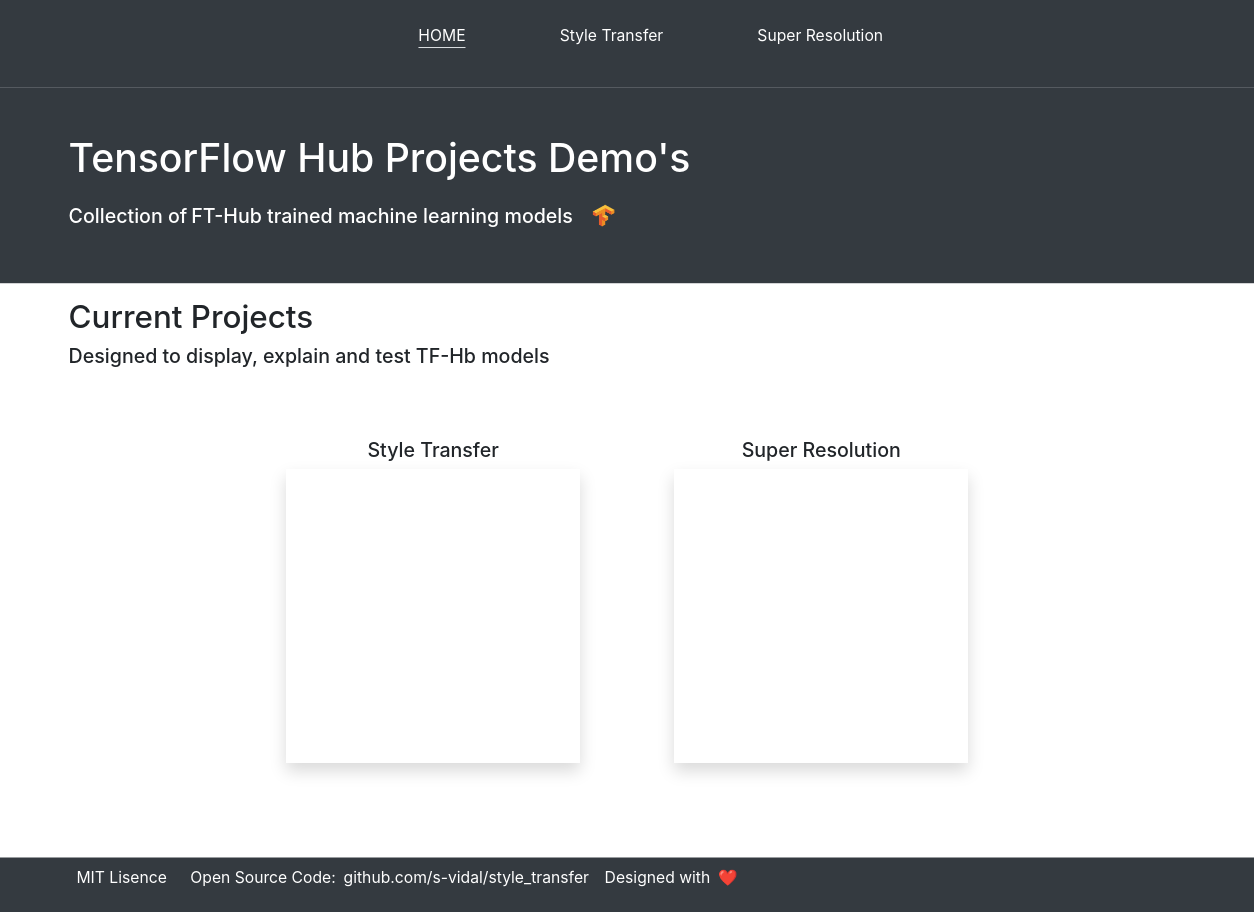
Repository: s-vidal/style_transfer
Page: / (app in client/)
An editor plug-in stored every save of this project. The page is shown before and after a run of saves, followed by the edit.
The browser window is 1280 px wide. The pictures show the whole page, at 98% of full size.
The page's requests for data from a server got no answer. The project was rebuilt for these pictures with package versions that can differ from the ones it lists, and the page was loaded fresh each time. A package was used in the major version that the imports need, not the one package.json lists. No one was signed in, and anything a server would have sent is missing. Also part of the build but not shown: client/src/App.css, client/src/components/DropZone.jsx, client/src/lib/api.js, client/src/components/Inference.jsx, client/src/components/Header.jsx, client/src/pages/StyleTransfer.jsx, client/src/pages/SuperResolution.jsx.

Above is the page before, as saved 2020-09-30 16:31:02.

### client/public/index.html
<!DOCTYPE html>
<html lang="en">
  <head>
    <meta charset="utf-8" />
    <link rel="icon" href="%PUBLIC_URL%/favicon.ico" />
    <meta name="viewport" content="width=device-width, initial-scale=1" />
    <meta name="theme-color" content="#000000" />
    <meta
      name="description"
      content="Web site created using create-react-app"
    />
    <link rel="apple-touch-icon" href="%PUBLIC_URL%/logo192.png" />
    <!--
      manifest.json provides metadata used when your web app is installed on a
      user's mobile device or desktop. See https://developers.google.com/web/fundamentals/web-app-manifest/
    -->
    <link rel="manifest" href="%PUBLIC_URL%/manifest.json" />
    <!--
      Notice the use of %PUBLIC_URL% in the tags above.
      It will be replaced with the URL of the `public` folder during the build.
      Only files inside the `public` folder can be referenced from the HTML.

      Unlike "/favicon.ico" or "favicon.ico", "%PUBLIC_URL%/favicon.ico" will
      work correctly both with client-side routing and a non-root public URL.
      Learn how to configure a non-root public URL by running `npm run build`.
    -->
    <!-- CSS only -->
    <link
      rel="stylesheet"
      href="https://stackpath.bootstrapcdn.com/bootstrap/4.5.2/css/bootstrap.min.css"
      integrity="sha384-JcKb8q3iqJ61gNV9KGb8thSsNjpSL0n8PARn9HuZOnIxN0hoP+VmmDGMN5t9UJ0Z"
      crossorigin="anonymous"
    />
    <title>React App</title>
  </head>
  <body>
    <noscript>You need to enable JavaScript to run this app.</noscript>
    <div id="root"></div>
    <!--
      This HTML file is a template.
      If you open it directly in the browser, you will see an empty page.

      You can add webfonts, meta tags, or analytics to this file.
      The build step will place the bundled scripts into the <body> tag.

      To begin the development, run `npm start` or `yarn start`.
      To create a production bundle, use `npm run build` or `yarn build`.
    -->
    <!-- JS, Popper.js, and jQuery -->
    <script
      src="https://code.jquery.com/jquery-3.5.1.slim.min.js"
      integrity="sha384-DfXdz2htPH0lsSSs5nCTpuj/zy4C+OGpamoFVy38MVBnE+IbbVYUew+OrCXaRkfj"
      crossorigin="anonymous"
    ></script>
    <script
      src="https://cdn.jsdelivr.net/npm/popper.js@1.16.1/dist/umd/popper.min.js"
      integrity="sha384-9/reFTGAW83EW2RDu2S0VKaIzap3H66lZH81PoYlFhbGU+6BZp6G7niu735Sk7lN"
      crossorigin="anonymous"
    ></script>
    <script
      src="https://stackpath.bootstrapcdn.com/bootstrap/4.5.2/js/bootstrap.min.js"
      integrity="sha384-B4gt1jrGC7Jh4AgTPSdUtOBvfO8shuf57BaghqFfPlYxofvL8/KUEfYiJOMMV+rV"
      crossorigin="anonymous"
    ></script>
  </body>
</html>

### client/src/App.js
import React from "react";
import {BrowserRouter as Router, Switch, Route} from "react-router-dom";
import "./App.css";
import StyleTransfer from "./pages/StyleTransfer";
import SuperResolution from "./pages/SuperResolution";
import Footer from "./components/Footer";
import NavBar from "./components/NavBar";
import HomePage from "./pages/HomePage";

function App() {
  return (
    <div>
      <Router>
        <NavBar />
        <Switch>
          <Route path="/super-resolution">
            <SuperResolution />
          </Route>
          <Route path="/style-transfer">
            <StyleTransfer />
          </Route>
          <Route path="/">
            <HomePage />
          </Route>
        </Switch>
        <Footer />
      </Router>
    </div>
  );
}

export default App;

### client/src/components/Footer.jsx
import React from "react";

const Footer = () => {
  return (
    <div className="text-white bg-dark">
      <div className="container mt-5">
        <div className="row p-2 mt-4">
          <p className="mr-4">MIT Lisence</p>
          <p>Open Source Code:</p>
          <a
            className="ml-2 text-white"
            href="https://github.com/s-vidal/style_transfer"
          >
            <span>github.com/s-vidal/style_transfer</span>
          </a>
          <p className="ml-3 mr-1"> Designed with </p>
          <span role="img" aria-label="emoji" className="ml-1">
            ❤️
          </span>
        </div>
      </div>
    </div>
  );
};

export default Footer;

### client/src/components/NavBar.jsx
import React, {useState, useEffect} from "react";
import {Link, useLocation} from "react-router-dom";
import "./NavBar.css";

const NavBar = () => {
  const [currentPage, setCurrentPage] = useState("");
  const location = useLocation();

  useEffect(() => {
    const currentPath = location.pathname;
    setCurrentPage(currentPath.substring(1));
  }, [location]);

  return (
    <nav className="navbar navbar-expand-lg d-flex justify-content-center bg-dark pt-3 pb-3">
      <ul className="navbar-nav">
        <li className="nav-item">
          <Link className="nav-link pl-5 pr-5" to={"/"}>
            <div className="ml-5 ">
              <p
                className={
                  currentPage === ""
                    ? "text-white nav-text active border-bottom"
                    : "text-white nav-text"
                }
              >
                HOME
              </p>
            </div>
          </Link>
        </li>
        <li className="nav-item">
          <Link
            className="nav-link pl-5 pr-5 text-white"
            to={"/style-transfer"}
          >
            <p
              className={
                currentPage === "style-transfer"
                  ? "text-white nav-text active border-bottom"
                  : "text-white nav-text"
              }
            >
              Style Transfer
            </p>
          </Link>
        </li>
        <li className="nav-item active">
          <Link
            className="nav-link pl-5 pr-5 text-white"
            to={"/super-resolution"}
          >
            <p
              className={
                currentPage === "super-resolution"
                  ? "text-white nav-text active border-bottom"
                  : "text-white nav-text"
              }
            >
              Super Resolution
            </p>
          </Link>
        </li>
      </ul>
    </nav>
  );
};

export default NavBar;

### client/src/pages/HomePage.jsx
import React from "react";
import "../components/HomePage.css";

const HomePage = () => {
  return (
    <>
      <div className="bg-dark text-white p-4 pt-5 pb-5">
        <div className="container">
          <div className="row">
            <h1>TensorFlow Hub Projects Demo's</h1>
          </div>
          <div className="row mt-3">
            <h5>Collection of</h5>
            <a
              href="https://tfhub.dev/google/magenta/arbitrary-image-stylization-v1-256/2"
              className="pl-1 pr-1 text-white"
            >
              <h5>FT-Hub trained machine learning models</h5>
            </a>
            <img
              className="ml-3"
              src={require("../img/tf_logo.png")}
              alt="tf"
              width="22"
              height="22"
            ></img>
          </div>
        </div>
      </div>
      <div className="container p-0 pt-2">
        <div>
          <h2 className="mt-2">Current Projects</h2>
          <h5 className="mb-4">
            Designed to display, explain and test TF-Hb models
          </h5>
        </div>
        <div className="row d-flex justify-content-center">
          <div className="m-5">
            <h5 className="text-center">Style Transfer</h5>
            <div className="home-item shadow"></div>
          </div>
          <div className="m-5">
            <h5 className="text-center"> Super Resolution</h5>
            <div className="home-item shadow"></div>
          </div>
        </div>
      </div>
    </>
  );
};

export default HomePage;

### client/src/components/NavBar.css
.nav-text:hover {
  border-bottom: 1px solid white;
  transition-duration: 0.5s ease-in-out;
}

### client/src/components/HomePage.css
.home-item {
  min-width: 300px;
  min-height: 300px;
}
.home-item:hover {
  cursor: pointer;
  transform: translate(3px, 3px);
  transition-duration: 0.5s ease-in-out;
}

Loaded but not shown: client/src/index.js (common file); client/src/index.css (common file); client/src/serviceWorker.js (common file)

After the next 3 saves:
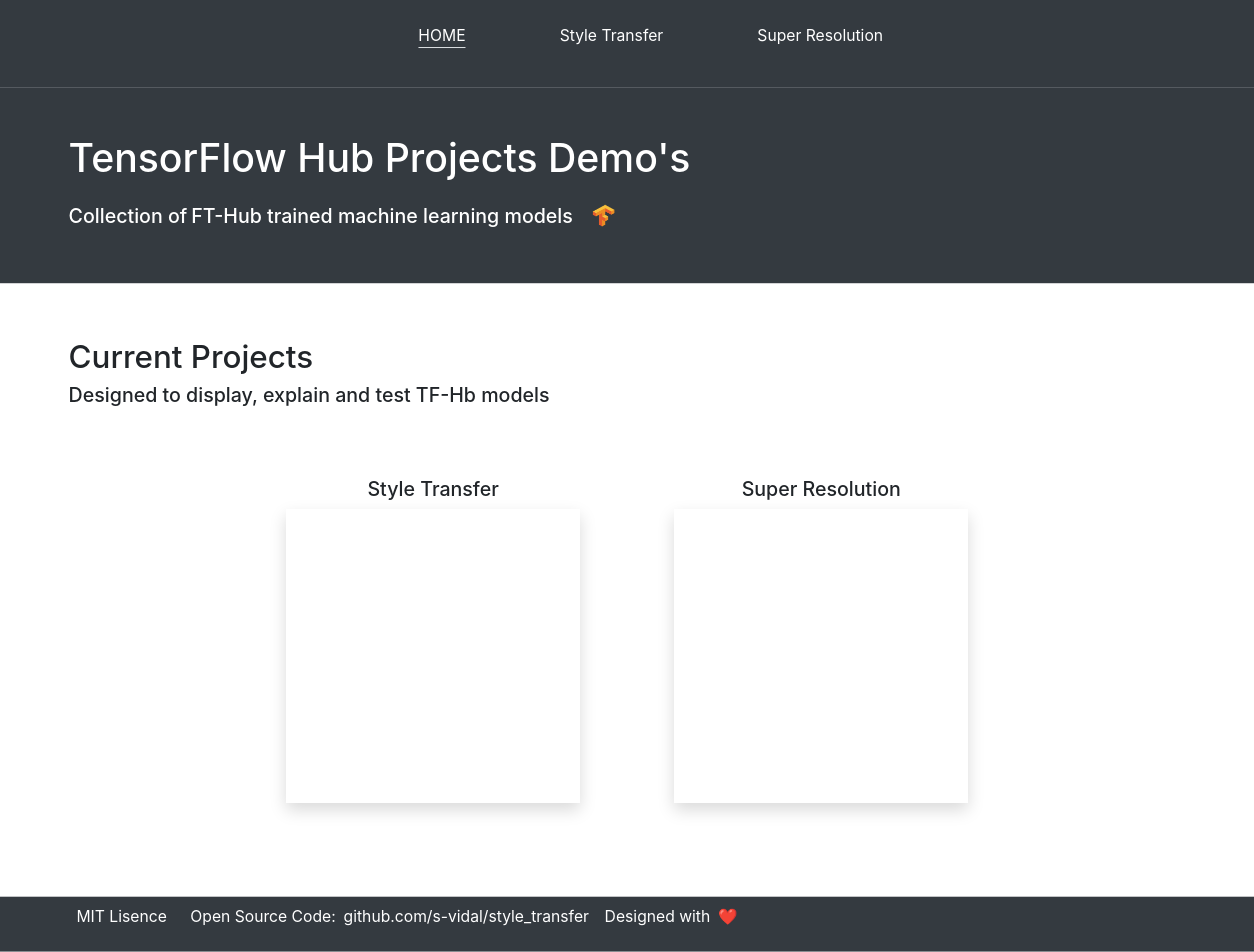
The 3 saves are shown as one change because they came seconds apart.
The last was saved 9 s later.
--- a/client/src/pages/HomePage.jsx
+++ b/client/src/pages/HomePage.jsx
@@ -27,7 +27,7 @@
           </div>
         </div>
       </div>
-      <div className="container p-0 pt-2">
+      <div className="container p-0 pt-5">
         <div>
           <h2 className="mt-2">Current Projects</h2>
           <h5 className="mb-4">
